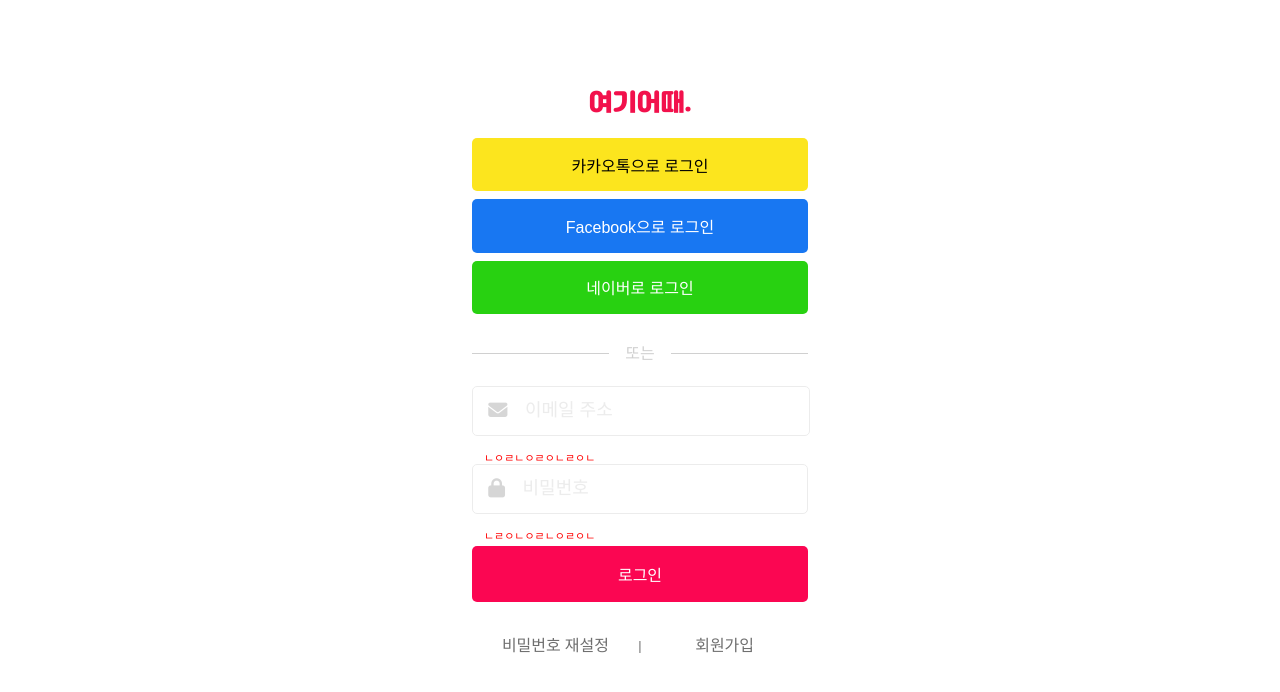
Repository: over0212/Project_goodHere
Page: http://localhost/goodHere/WEB-INF/views/sign-in.jsp
These files come from the project's save history. The page is drawn as it stood at one moment and after the next save; the edit follows.
The browser window is 1280 px wide. The pictures show the whole page.
Some web libraries are served in a nearby version. The page is served by Tomcat 9. Nobody is signed in. The template is opened directly, without the code that normally fills it, so the values that code supplies are empty.

Above is the page before, as saved 2022-01-20 11:54:04.

After the next save:
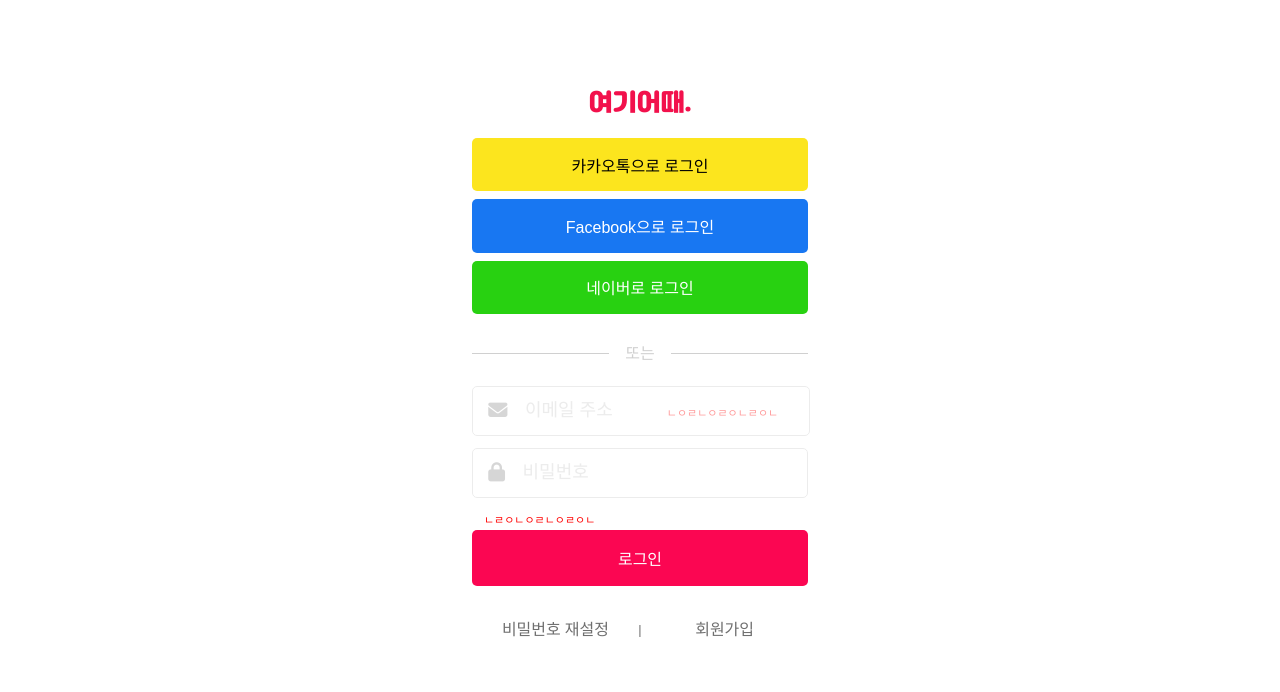
Saved 47 s later.
--- a/Project_GoodHere/goodHere/src/main/webapp/WEB-INF/views/sign-in.jsp
+++ b/Project_GoodHere/goodHere/src/main/webapp/WEB-INF/views/sign-in.jsp
@@ -52,8 +52,8 @@
                     <div class="email-ip">
                         <i class="fas fa-envelope"></i>
                         <input type="text" class="email" placeholder="이메일 주소">
+                    <label class="msg">ㄴㅇㄹㄴㅇㄹㅇㄴㄹㅇㄴ</label>
                     </div>
-                    <label class="msg">ㄴㅇㄹㄴㅇㄹㅇㄴㄹㅇㄴ</label>
 
                     <div class="password-ip">
                         <i class="fas fa-lock"></i>

After the save that followed:
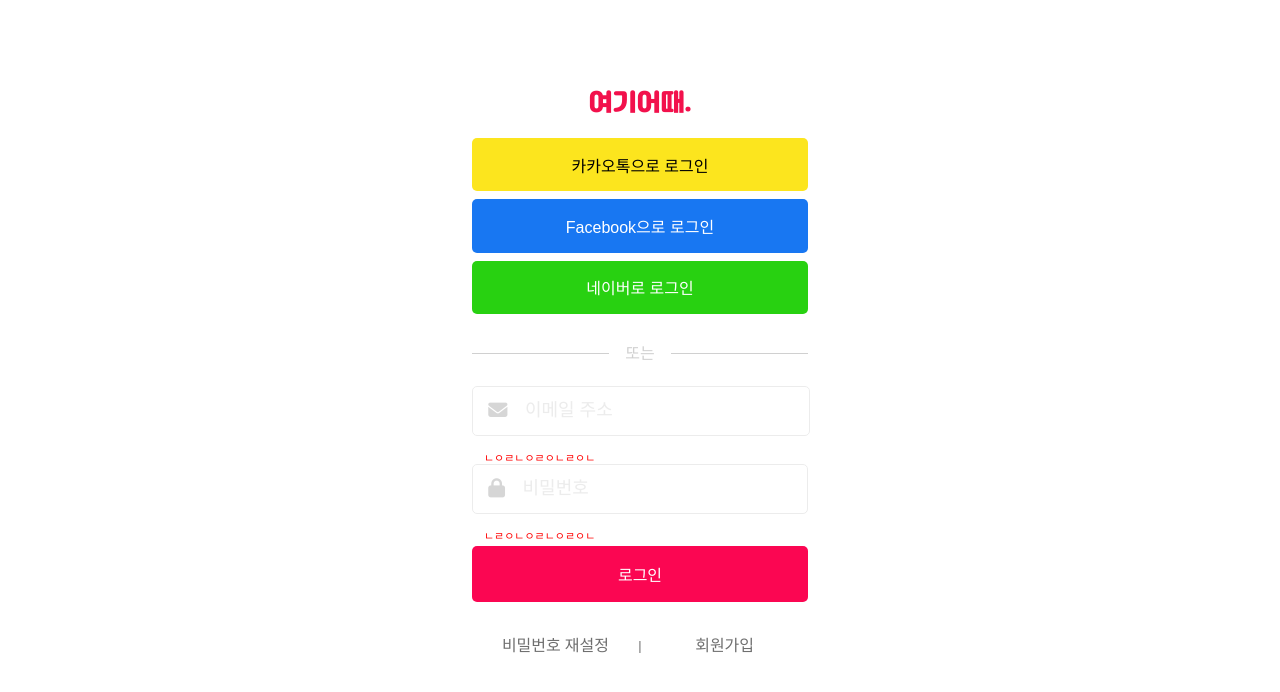
Saved 5 s later.
--- a/Project_GoodHere/goodHere/src/main/webapp/WEB-INF/views/sign-in.jsp
+++ b/Project_GoodHere/goodHere/src/main/webapp/WEB-INF/views/sign-in.jsp
@@ -52,8 +52,8 @@
                     <div class="email-ip">
                         <i class="fas fa-envelope"></i>
                         <input type="text" class="email" placeholder="이메일 주소">
+                    </div>
                     <label class="msg">ㄴㅇㄹㄴㅇㄹㅇㄴㄹㅇㄴ</label>
-                    </div>
 
                     <div class="password-ip">
                         <i class="fas fa-lock"></i>
